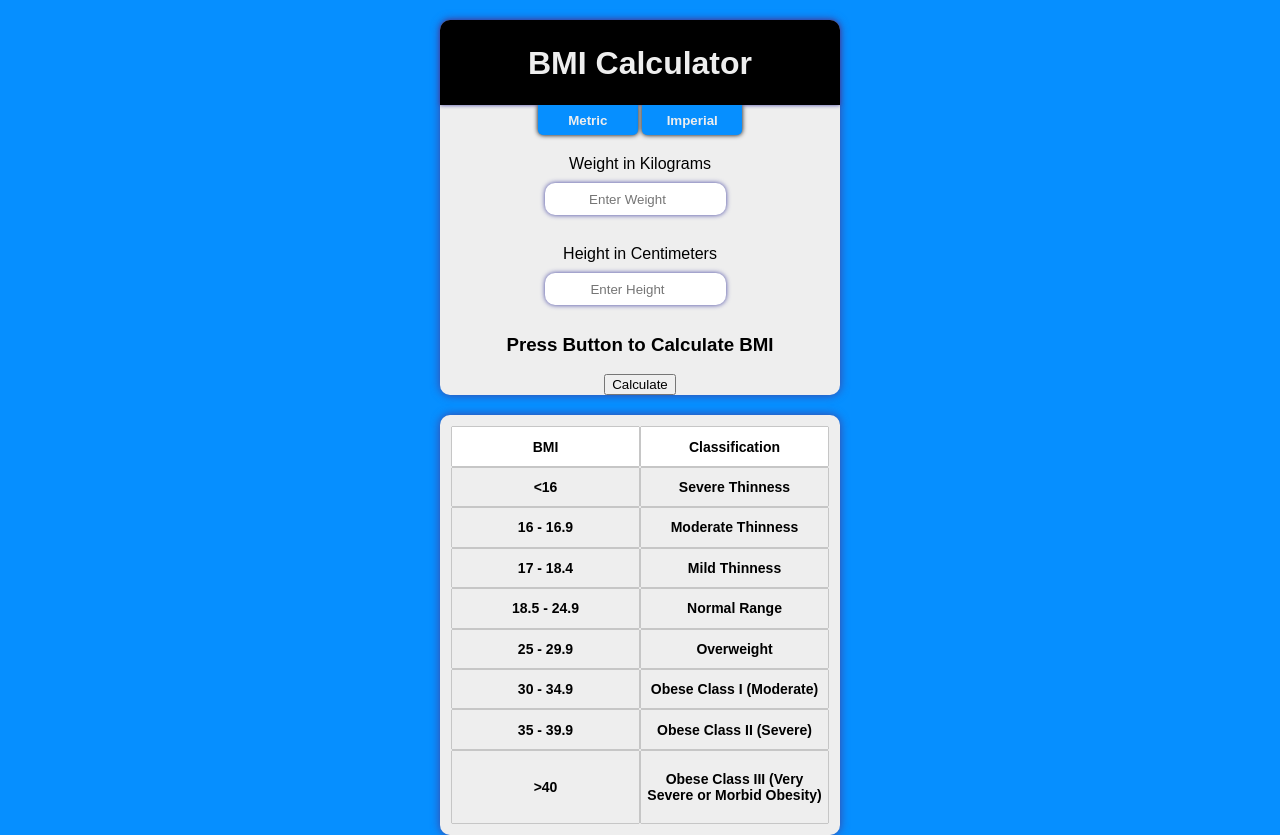
Repository: shayanabedi98/bmi-calculator
Page: index.html
The author's editor kept a copy of each file at every save. The page is drawn from the files as they stood at one save, then again after the next save.
The browser window is 1280 px wide. The pictures show the whole page.

Above is the page before, as saved 2023-07-24 21:18:05.

### index.html
<!DOCTYPE html>
<html lang="en">
<head>
    <meta charset="UTF-8">
    <meta name="viewport" content="width=device-width, initial-scale=1.0">
    <title>BMI Calculator</title>
    <link rel="stylesheet" href="styles.css">
</head>
<body>
    <div class="container">
        <div class="card">
            <div class="system">
                <h1>BMI Calculator</h1>
                <button id="metric">Metric</button>
                <button id="imperial">Imperial</button>
            </div>
            <div class="metric">
                <div class="weight">
                    <label class="weight" for="weight">Weight in Kilograms</label>
                    <input type="number" placeholder="Enter Weight" id="kg">
                </div>
                <div class="height">
                    <label class="height" for="height">Height in Centimeters</label>
                    <input type="number" placeholder="Enter Height" id="cm">
                </div>
                <div class="result-metric">
                    <h3>Press Button to Calculate BMI</h3>
                    <button onclick="calcMetric()" class="calculate">Calculate</button>
                </div>
            </div>
            <div class="imperial">
                <div class="weight">
                    <label class="weight" for="weight"> Weight in Pounds</label>
                    <input type="number" id="lbs" placeholder="Enter Weight">
                </div>
                <div class="height">
                    <label class="height" for="height">Height in Feet</label>
                    <input type="number" placeholder="Enter Feet" id="ft">
                    <input type="number" placeholder="Enter Inches" id="in">
                </div>
                <div class="result-imperial">
                    <h3>Press Button to Calculate BMI</h3>
                    <button onclick="calcImperial()" class="calculate">Calculate</button>
                </div>
            </div>
        </div>
        <div class="card chart">
            <div class="bmi-chart">
                <table bgcolor=''>
                    <tr bgcolor="#ffffff" align="center">
                        <th width="100">BMI</th>
                        <th width="100">Classification</th>
                    </tr>
                    <tr bgcolor="EEEEEE">
                        <th>&lt;16</th>
                        <th>Severe Thinness</th>
                    </tr>
                    <tr bgcolor="EEEEEE">
                        <th>16 - 16.9</th>
                        <th>Moderate Thinness</th>
                    </tr>
                    <tr bgcolor="EEEEEE">
                        <th>17 - 18.4</th>
                        <th>Mild Thinness</th>
                    </tr>
                    <tr bgcolor="EEEEEE">
                        <th>18.5 - 24.9</th>
                        <th>Normal Range</th>
                    </tr>
                    <tr bgcolor="EEEEEE">
                        <th>25 - 29.9</th>
                        <th>Overweight</th>
                    </tr>
                    <tr bgcolor="EEEEEE">
                        <th>30 - 34.9</th>
                        <th>Obese Class I (Moderate)</th>
                    </tr>
                    <tr bgcolor="EEEEEE">
                        <th>35 - 39.9</th>
                        <th>Obese Class II (Severe)</th>
                    </tr>
                    <tr bgcolor="EEEEEE">
                        <th>&gt;40</th>
                        <th>Obese Class III (Very Severe or Morbid Obesity)</th>
                    </tr>
                </table>
            </div>
        </div>
    </div>
    <script src="index.js"></script>
</body>
</html>

### styles.css

body {
    background-color: #068FFF;
    font-family: sans-serif;
    text-align: center;
    padding: 0;
    margin: 0;
}

h1 {
    margin-top: 0;
    margin-bottom: 0;
    background-color: #000000;
    color: #EEEEEE;
    border-radius: 10px 10px 0 0;
    height: 60px;
    padding-top: 25px;
    box-shadow: 0 0 4px 0 #4141a0;
}

h2 {
    margin-top: 0;
    margin-bottom: 10px;
}

.container {
    display: inline-block;
}

.card {
    background-color: #EEEEEE;
    width: 400px;
    border-radius: 10px;
    margin-left: auto;
    margin-top: 5%;
    box-shadow: 0 0 10px 0 #4141a0;
}

.chart {
    padding: 10px;
    width: 380px;
}

table {
    width: 100%;
    height: 400px;
    font-size: 14px;
}

th {
    box-shadow: 0 0 1px 0 black;
}

.system button {
    background-color: #068FFF;
    color: #EEEEEE;
    font-weight: 600;
    width: 100px;
    height: 30px;
    cursor: pointer;
    border-radius: 0 0 5px 5px;
    border: none;
    box-shadow: 0 0 5px black;
}

.system button:active {
    background-color: #EEEEEE;
    color: #068FFF;
}

.weight {
    display: block;
    text-align: start;
    padding: 10px;
    text-align: center;
}

.height {
    display: block;
    text-align: start;
    padding: 10px;
    text-align: center;
}

#in {
    margin-top: 15px;
}

input[type='number'] {
    display: inline-block;
    text-align: center;
    margin-right: 10px;
    height: 30px;
    border-radius: 10px;
    border: none;
    box-shadow: 0 0 5px 0 #4141a0;
}

.metric {
    visibility: visible;
    height: 100%;
}

.imperial {
    visibility: hidden;
    height: 0;
}

.result {
    padding: 3%;
}

.resultMetric button {
    background-color: #068FFF;
    height: 40px;
    width: 80px;
    border-radius: 5px;
    border: none;
    box-shadow: 0 0 5px 0 #4141a0;
    cursor: pointer;
    font-size: 16px;
}

.result button:active {
    background-color: #EEEEEE;
    color: #068FFF;
}

### index.js
var metric = document.querySelector('.metric');
var imperial = document.querySelector('.imperial');
var metricBtn = document.querySelector('#metric');
var imperialBtn = document.querySelector('#imperial');

imperialBtn.addEventListener('click', function() {
    metric.style.visibility = 'hidden';
    metric.style.height = '0';
    imperial.style.visibility = 'visible';
    imperial.style.height = '100%';
});

metricBtn.addEventListener('click', function() {
    imperial.style.visibility = 'hidden';
    imperial.style.height = '0';
    metric.style.visibility = 'visible';
    metric.style.height = '100%';
});


function calcMetric() {
    var kg = document.querySelector('#kg').value;
    var cm = document.querySelector('#cm').value;

    var cm2m = cm / 100;
    var resultMetric = Math.round(kg / (cm2m * cm2m));


    if (resultMetric) {
        document.querySelector('.result h3').innerHTML = 'Your BMI is ' + resultMetric;
    } else {
        document.querySelector('.result h3').innerHTML = 'Wrong Input. Try Again.'
    }
}

function calcImperial() {
    var lbs = document.querySelector('#lbs').value;
    var ft = document.querySelector('#ft').value;
    var inch = document.querySelector('#in').value;

    var lbs2kg = lbs * 0.453
    var ft2m = ((ft * inch) * 2.54) / 100
    var resultImperial = lbs2kg / (ft2m * ft2m)

    if (inch === 0) {
        ft2m = (ft * 2.54) /100
    }

    if (resultImperial) {
        document.querySelector('.result h3').innerHTML = 'Your BMI is ' + resultImperial;
    }
}

After the next save:
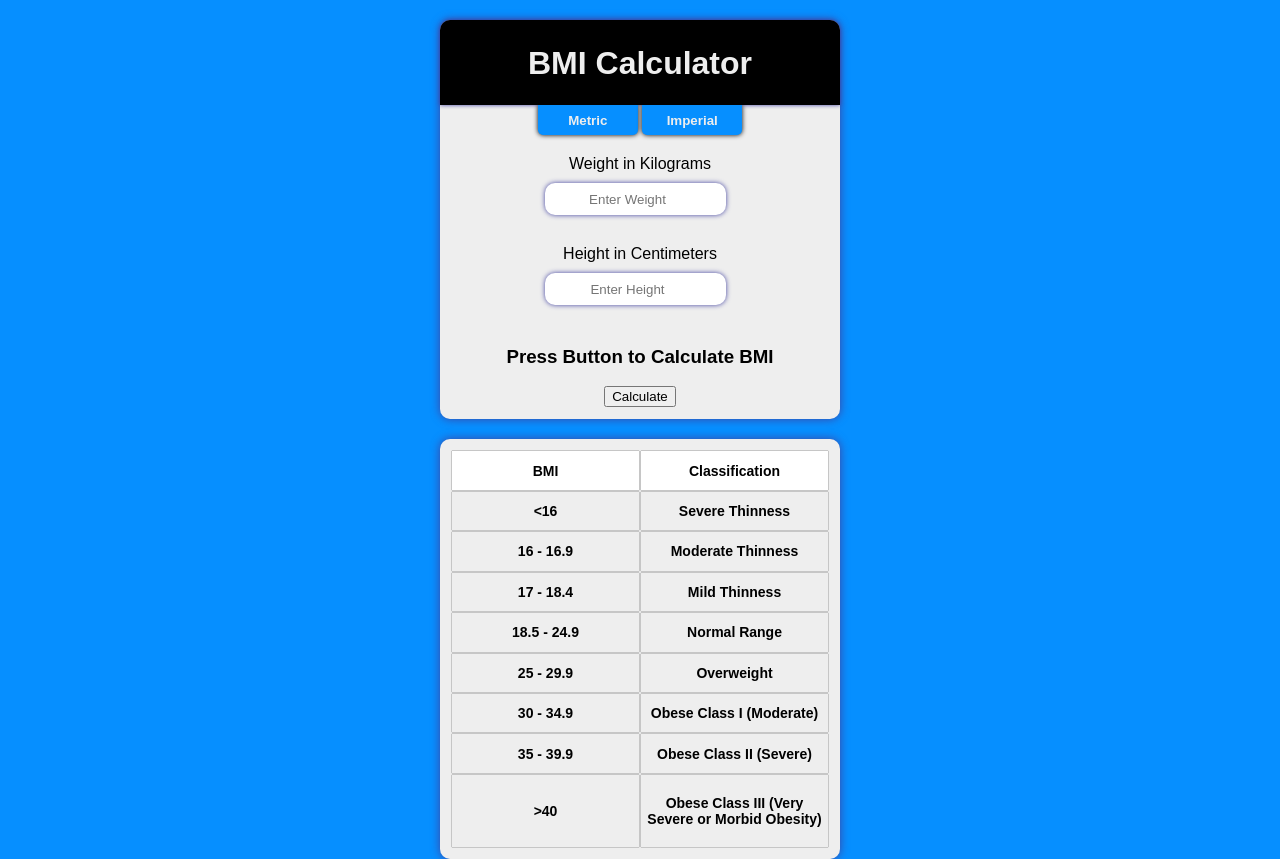
Saved 15 s later.
--- a/index.html
+++ b/index.html
@@ -23,7 +23,7 @@
                     <label class="height" for="height">Height in Centimeters</label>
                     <input type="number" placeholder="Enter Height" id="cm">
                 </div>
-                <div class="result-metric">
+                <div class="result result-metric">
                     <h3>Press Button to Calculate BMI</h3>
                     <button onclick="calcMetric()" class="calculate">Calculate</button>
                 </div>
@@ -38,7 +38,7 @@
                     <input type="number" placeholder="Enter Feet" id="ft">
                     <input type="number" placeholder="Enter Inches" id="in">
                 </div>
-                <div class="result-imperial">
+                <div class="result result-imperial">
                     <h3>Press Button to Calculate BMI</h3>
                     <button onclick="calcImperial()" class="calculate">Calculate</button>
                 </div>
